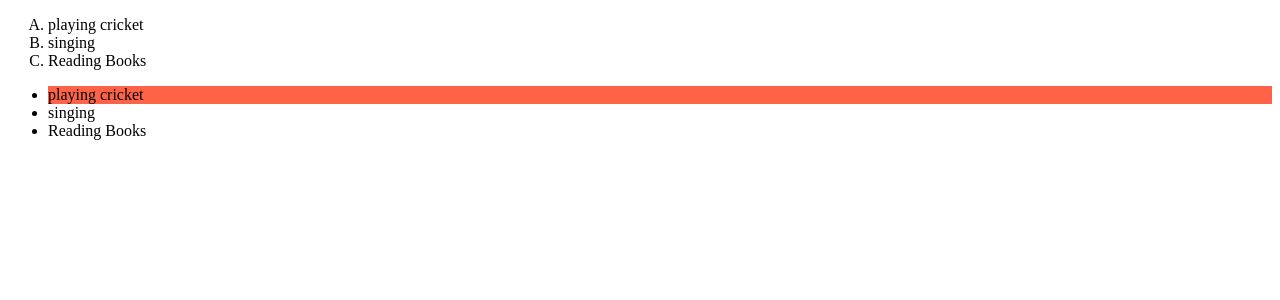
Repository: pranavi481/Assignments
Page: orderedlist.html
The author's editor kept a record of every edit. The page is drawn from the files as they stood at one moment, then again after the next edit.
The browser window is 1280 px wide. The pictures show the whole page.

Above is the page before.

### orderedlist.html
<!doctype html>
<html>
    <head>
        <meta charset = "utf-8">
        <title> ordered list </title>
    </head>
    <body>
        <ol type= "A">
            <li> playing cricket </li>
            <li> singing </li>
            <li> Reading Books </li>
        </ol>
        <ul>
            <li style="background-color:tomato;" > playing cricket </li>
            <li> singing </li>
            <li> Reading Books </li>
        </ul>
    </body>
</html>

After the next edit:
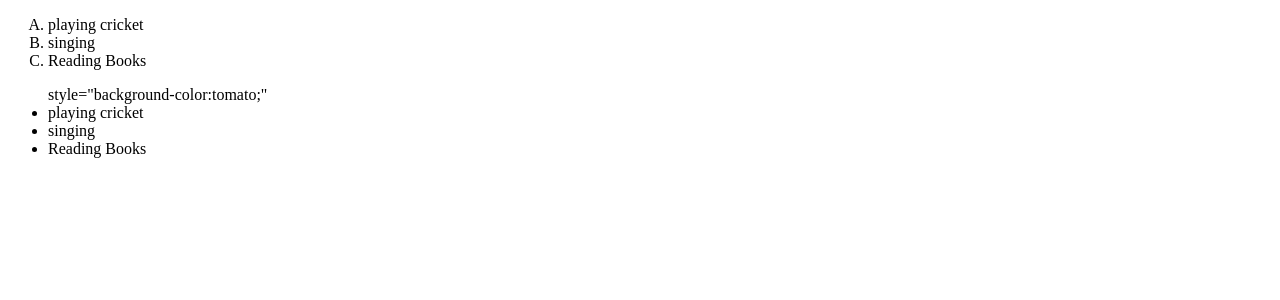
The edit:
--- a/orderedlist.html
+++ b/orderedlist.html
@@ -10,8 +10,8 @@
             <li> singing </li>
             <li> Reading Books </li>
         </ol>
-        <ul>
-            <li style="background-color:tomato;" > playing cricket </li>
+        <ul>  <div>style="background-color:tomato;"
+            <li> playing cricket </li>
             <li> singing </li>
             <li> Reading Books </li>
         </ul>
